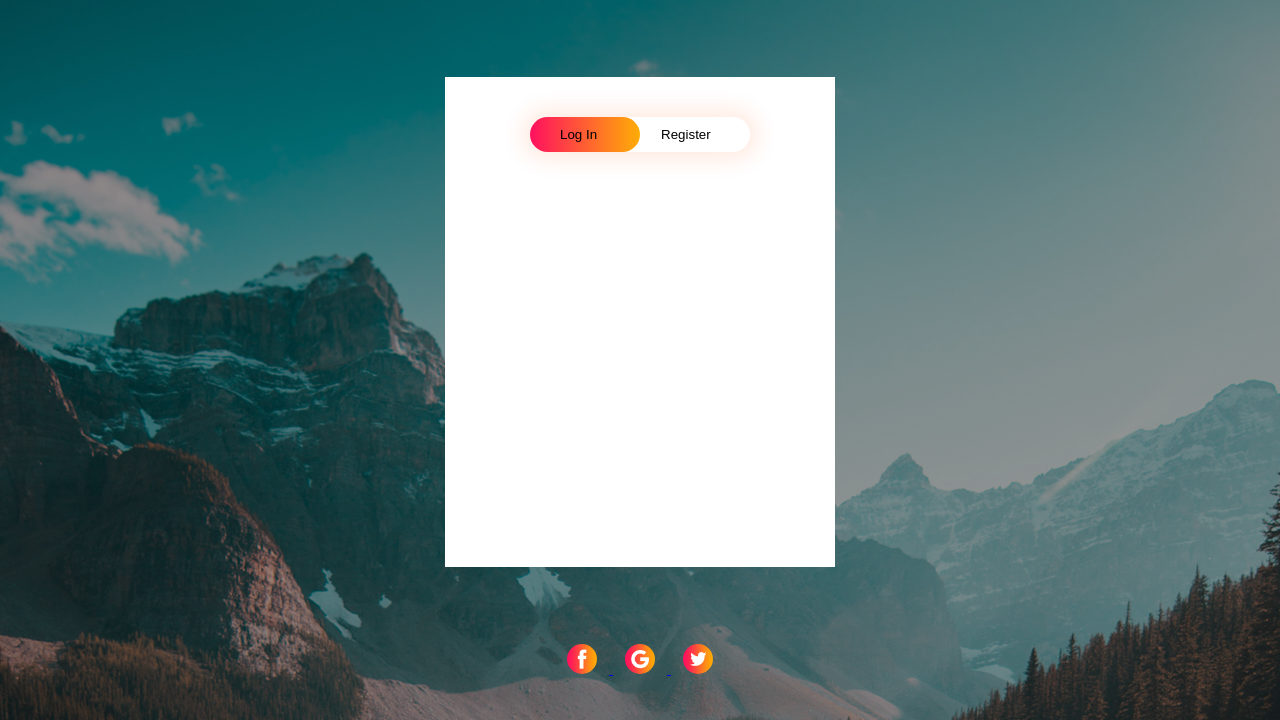
Repository: dung8466/Sign_in_page
Page: index.html
An editor plug-in stored every save of this project. The page is shown before and after the next save, followed by the edit.
The browser window is 1280 px wide. The pictures show the whole page.

Above is the page before, as saved 2021-10-06 22:30:42.

After the next save:
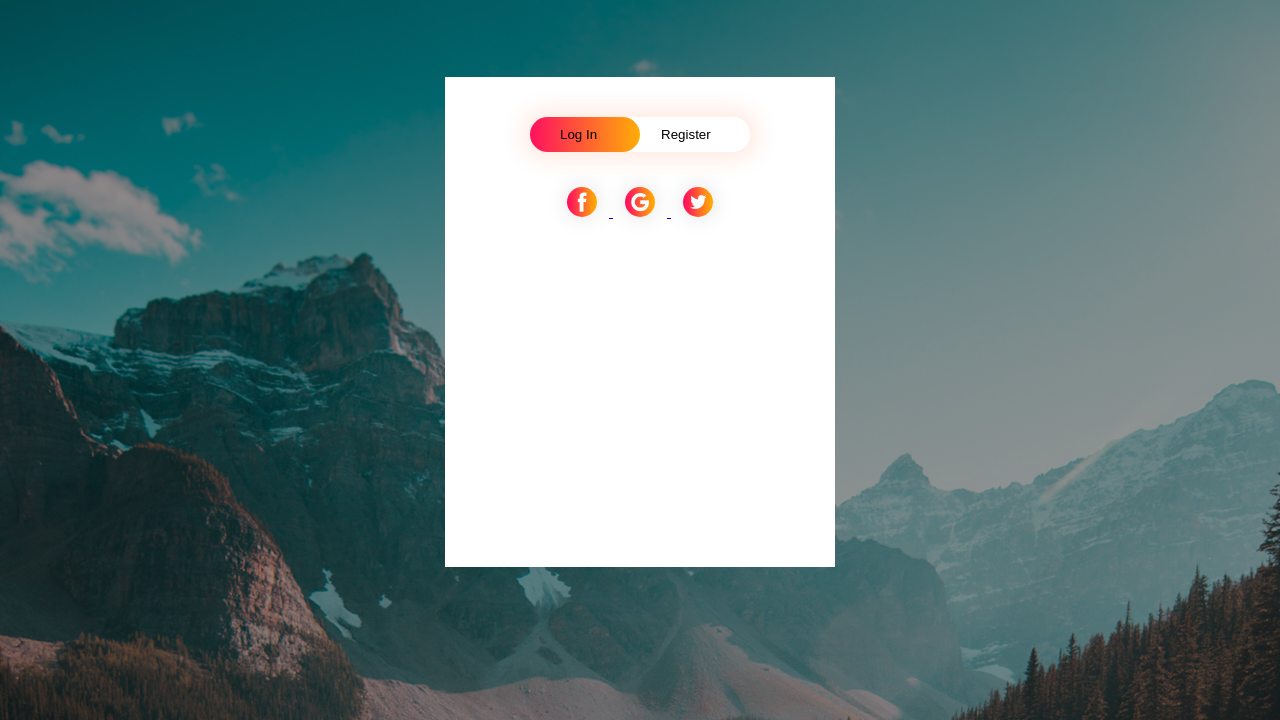
Saved 25 s later.
--- a/index.html
+++ b/index.html
@@ -16,18 +16,19 @@
                 <button type="button" class="toggle-btn">Log In</button>
                 <button type="button" class="toggle-btn">Register</button>
             </div>
+            <div class="social-icon">
+                <a href="https://www.facebook.com/">
+                    <img src="src/fb.png" alt="">
+                </a>
+                <a href="https://www.google.com/">
+                    <img src="src/gp.png" alt="">
+                </a>
+                <a href="https://twitter.com/">
+                    <img src="src/tw.png" alt="">
+                </a>
+            </div>
         </div>
-        <div class="social-icon">
-            <a href="https://www.facebook.com/">
-                <img src="src/fb.png" alt="">
-            </a>
-            <a href="https://www.google.com/">
-                <img src="src/gp.png" alt="">
-            </a>
-            <a href="https://twitter.com/">
-                <img src="src/tw.png" alt="">
-            </a>
-        </div>
+
     </div>
 </body>
 </html>
